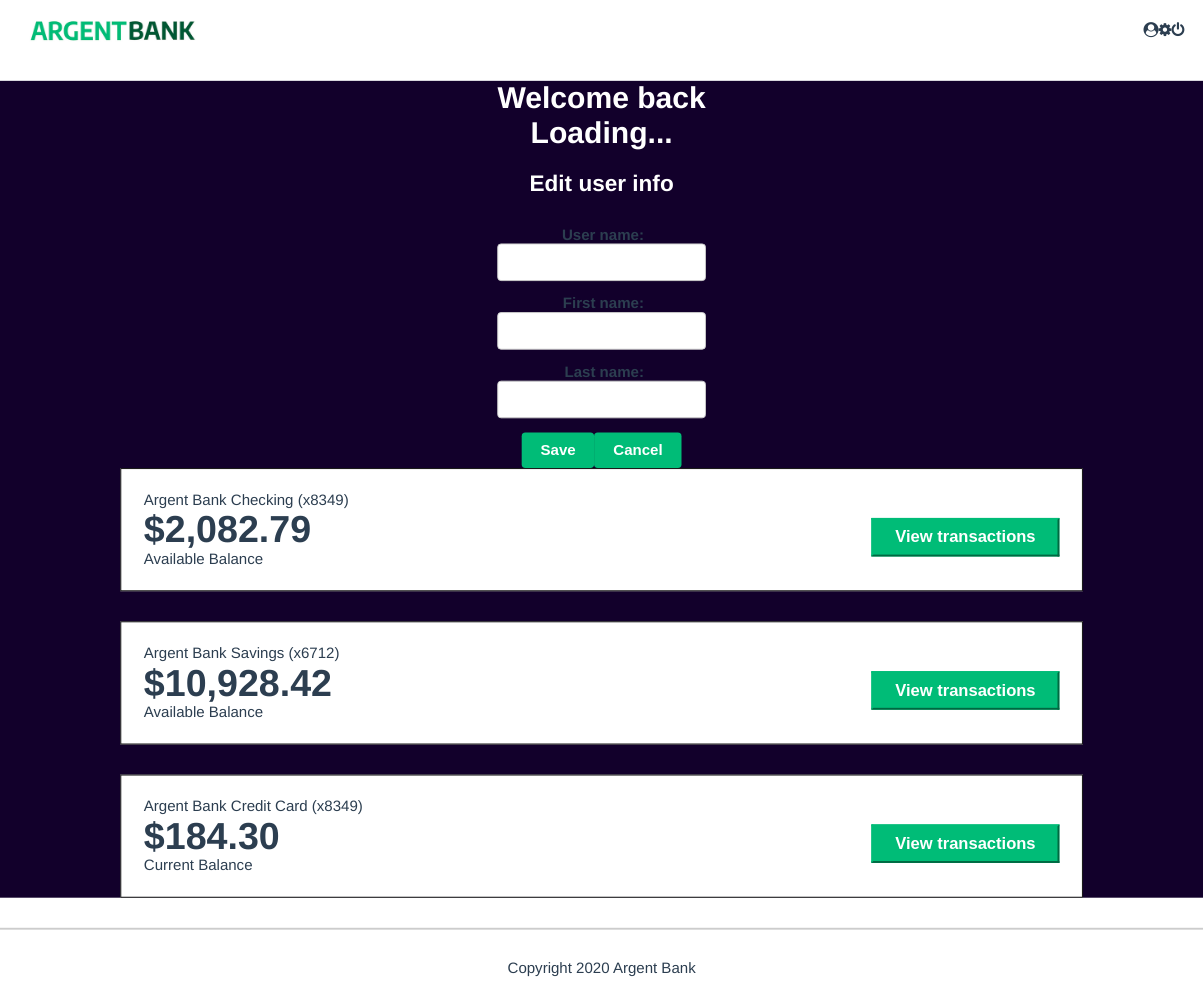
Repository: Dimple3377/ArgentBank-website
Page: /edit-user (app in banking-app/)
An editor plug-in stored every save of this project. The page is shown before and after the next save, followed by the edit.
The browser window is 1280 px wide. The pictures show the whole page, at 94% of full size.
The project was rebuilt for these pictures with package versions that can differ from the ones it lists, and the page was loaded fresh each time. Also part of the build but not shown: banking-app/src/components/Hero.jsx, banking-app/src/components/Feature.jsx, banking-app/src/pages/HomePage.jsx, banking-app/src/components/LoginForm.jsx, banking-app/src/pages/SignInPage.jsx, banking-app/src/pages/UserPage.jsx.

Above is the page before, as saved 2024-05-26 03:36:36.

### banking-app/src/index.jsx
import React from "react";
import ReactDOM from "react-dom/client";
import "./main.css";
import App from "./App";
import { Provider } from "react-redux";
import store from "./store";

const root = ReactDOM.createRoot(document.getElementById("root"));
root.render(
  <React.StrictMode>
    <Provider store={store}>
      <App />
    </Provider>
  </React.StrictMode>
);

### banking-app/src/main.css
html {
  font-family: Avenir, Helvetica, Arial, sans-serif;
  -webkit-font-smoothing: antialiased;
  -moz-osx-font-smoothing: grayscale;
  text-align: center;
  color: #2c3e50;
}

body {
  margin: 0;
  display: flex;
  flex-direction: column;
  min-height: 100vh;
}

.main {
  flex: 1;
}

.bg-dark {
  background-color: #12002b;
}

.sr-only {
  border: 0 !important;
  clip: rect(1px, 1px, 1px, 1px) !important;
  -webkit-clip-path: inset(50%) !important;
  clip-path: inset(50%) !important;
  height: 1px !important;
  margin: -1px !important;
  overflow: hidden !important;
  padding: 0 !important;
  position: absolute !important;
  width: 1px !important;
  white-space: nowrap !important;
}

.main-nav {
  display: flex;
  justify-content: space-between;
  align-items: center;
  padding: 5px 20px;
}

.main-nav a {
  font-weight: bold;
  color: #2c3e50;
}

.main-nav a.router-link-exact-active {
  color: #42b983;
}

.main-nav-item {
  text-decoration: none;
  margin-right: 0.5rem;
}

.main-nav-item:hover {
  text-decoration: underline;
}

.main-nav-logo {
  display: flex;
  align-items: center;
}

.main-nav-logo-image {
  max-width: 100%;
  width: 200px;
}

.hero {
  background-image: url("../src/assets/img/bank-tree.jpeg");
  background-position: 0 -50px;
  background-size: cover;
  background-repeat: no-repeat;
  height: 300px;
  position: relative;
}

.hero-content {
  position: relative;
  top: 2rem;
  width: 200px;
  background: white;
  padding: 2rem;
  text-align: left;
  margin: 0 auto;
}

.hero-content .subtitle {
  font-weight: bold;
  font-size: 1rem;
  margin: 0;
}

.hero-content .text {
  margin-bottom: 0;
  font-size: 0.9rem;
}

@media (min-width: 920px) {
  .hero {
    height: 400px;
    background-position: 0% 33%;
  }

  .hero-content {
    position: absolute;
    top: 50px;
    right: 50px;
    width: 300px;
    margin: 2rem;
  }

  .hero-content .subtitle {
    font-size: 1.5rem;
  }

  .hero-content .text {
    font-size: 1.2rem;
  }
}

.features {
  display: flex;
  flex-direction: column;
}

@media (min-width: 920px) {
  .features {
    flex-direction: row;
  }
}

.feature-icon {
  width: 100px;
  border: 10px solid #00bc77;
  border-radius: 50%;
  padding: 1rem;
}

.feature-item {
  flex: 1;
  padding: 2.5rem;
}

.feature-item-title {
  color: #222;
  font-size: 1.25rem;
  font-weight: bold;
  margin-bottom: 0.5rem;
}

.sign-in-button {
  display: block;
  width: 100%;
  padding: 8px;
  font-size: 1.1rem;
  font-weight: bold;
  margin-top: 1rem;
  border-color: #00bc77;
  background-color: #00bc77;
  color: #fff;
}

.sign-in-content {
  box-sizing: border-box;
  background-color: white;
  width: 300px;
  margin: 0 auto;
  margin-top: 3rem;
  padding: 2rem;
}

.sign-in-icon {
  font-size: 5rem;
}

.input-remember {
  display: flex;
}

.input-remember label {
  margin-left: 0.25rem;
}

.input-wrapper {
  display: flex;
  flex-direction: column;
  text-align: left;
  margin-bottom: 1rem;
}

.input-wrapper label {
  font-weight: bold;
}

.input-wrapper input {
  padding: 5px;
  font-size: 1.2rem;
}

.footer {
  display: flex;
  justify-content: center;
  border-top: 2px solid #ccc;
  padding: 2rem 0 1.5rem;
}

.footer-text {
  margin: 0;
  padding: 0;
}

.account {
  display: flex;
  justify-content: space-between;
  align-items: center;
  border: 1px solid black;
  background-color: #fff;
  width: 80%;
  margin: 0 auto;
  flex-direction: column;
  padding: 1.5rem;
  box-sizing: border-box;
  text-align: left;
  margin-bottom: 2rem;
}

.account-amount {
  margin: 0;
  font-size: 2.5rem;
  font-weight: bold;
}

.account-amount-description {
  margin: 0;
}

.account-title {
  margin: 0;
  padding: 0;
  font-size: 1rem;
  font-weight: normal;
}

.account-content-wrapper {
  width: 100%;
  flex: 1;
}

.edit-button {
  border-color: #00bc77;
  background-color: #00bc77;
  color: #fff;
  font-weight: bold;
  padding: 10px;
}

.header {
  color: #fff;
  margin-bottom: 2rem;
}

.transaction-button {
  display: block;
  width: 100%;
  padding: 8px;
  font-size: 1.1rem;
  font-weight: bold;
  margin-top: 1rem;
  border-color: #00bc77;
  background-color: #00bc77;
  color: #fff;
}

@media (min-width: 720px) {
  .account {
    flex-direction: row;
  }

  .account-content-wrapper.cta {
    flex: 0;
  }

  .transaction-button {
    width: 200px;
  }
}

### banking-app/src/App.jsx
import React from "react";
import { BrowserRouter as Router, Route, Routes } from "react-router-dom";
import HomePage from "./pages/HomePage";
import SignInPage from "./pages/SignInPage";
import UserPage from "./pages/UserPage";
import EditUserPage from "./pages/EditUserPage";
import "./main.css";

function App() {
  return (
    <Router>
      <Routes>
        <Route path="/" element={<HomePage />} />
        <Route path="/sign-in" element={<SignInPage />} />
        <Route path="/user" element={<UserPage />} />
        <Route path="/edit-user" element={<EditUserPage />} />{" "}
        {/* Ajouter la route */}
      </Routes>
    </Router>
  );
}

export default App;

### banking-app/src/store/index.jsx
import { configureStore } from "@reduxjs/toolkit";
import userReducer from "./userSlice";

export const store = configureStore({
  reducer: {
    user: userReducer,
    devTools: process.env.NODE_ENV !== "production",
  },
});

export default store;

### banking-app/src/pages/EditUserPage.jsx
import { useSelector } from "react-redux";
import Header from "../components/Header";
import Footer from "../components/Footer";
import EditNameForm from "../components/EditNameForm";
import "./EditUserPage.css";

const EditUserPage = () => {
  const { user } = useSelector((state) => state.user);

  return (
    <>
      <Header />
      <main className="main bg-dark">
        <div className="header">
          <h1>
            Welcome back
            <br />
            {user ? `${user.firstName} ${user.lastName}!` : "Loading..."}
          </h1>
          <h2>Edit user info</h2>
        </div>
        <EditNameForm />
        <h2 className="sr-only">Accounts</h2>
        <section className="account">
          <div className="account-content-wrapper">
            <h3 className="account-title">Argent Bank Checking (x8349)</h3>
            <p className="account-amount">$2,082.79</p>
            <p className="account-amount-description">Available Balance</p>
          </div>
          <div className="account-content-wrapper cta">
            <button className="transaction-button">View transactions</button>
          </div>
        </section>
        <section className="account">
          <div className="account-content-wrapper">
            <h3 className="account-title">Argent Bank Savings (x6712)</h3>
            <p className="account-amount">$10,928.42</p>
            <p className="account-amount-description">Available Balance</p>
          </div>
          <div className="account-content-wrapper cta">
            <button className="transaction-button">View transactions</button>
          </div>
        </section>
        <section className="account">
          <div className="account-content-wrapper">
            <h3 className="account-title">Argent Bank Credit Card (x8349)</h3>
            <p className="account-amount">$184.30</p>
            <p className="account-amount-description">Current Balance</p>
          </div>
          <div className="account-content-wrapper cta">
            <button className="transaction-button">View transactions</button>
          </div>
        </section>
      </main>
      <Footer />
    </>
  );
};

export default EditUserPage;

### banking-app/src/store/userSlice.jsx
import { createSlice, createAsyncThunk } from "@reduxjs/toolkit";
import axios from "axios";

const initialState = {
  user: null,
  token: null,
  status: "idle",
  error: null,
};

// Thunks
export const loginUser = createAsyncThunk(
  "user/login",
  async (credentials, { dispatch }) => {
    const response = await axios.post(
      "http://localhost:3001/api/v1/user/login",
      credentials
    );
    const token = response.data.body.token;
    // Fetch user profile after login
    const userProfileResponse = await axios.get(
      "http://localhost:3001/api/v1/user/profile",
      {
        headers: {
          Authorization: `Bearer ${token}`,
        },
      }
    );
    return { ...userProfileResponse.data.body, token };
  }
);

export const updateUser = createAsyncThunk(
  "user/update",
  async (userData, { getState }) => {
    const state = getState();
    const token = state.user.token;
    const response = await axios.put(
      "http://localhost:3001/api/v1/user/profile",
      userData,
      {
        headers: {
          Authorization: `Bearer ${token}`,
        },
      }
    );
    return response.data.body;
  }
);

export const fetchUserProfile = createAsyncThunk(
  "user/fetchProfile",
  async (_, { getState }) => {
    const state = getState();
    const token = state.user.token;
    const response = await axios.get(
      "http://localhost:3001/api/v1/user/profile",
      {
        headers: {
          Authorization: `Bearer ${token}`,
        },
      }
    );
    return response.data.body;
  }
);

const userSlice = createSlice({
  name: "user",
  initialState,
  reducers: {
    logout: (state) => {
      state.user = null;
      state.token = null;
      state.status = "idle";
      state.error = null;
    },
  },
  extraReducers: (builder) => {
    builder
      .addCase(loginUser.pending, (state) => {
        state.status = "loading";
      })
      .addCase(loginUser.fulfilled, (state, action) => {
        console.log("Login fulfilled:", action.payload); // Debug
        state.status = "succeeded";
        state.user = action.payload;
        state.token = action.payload.token;
        state.error = null;
      })
      .addCase(loginUser.rejected, (state, action) => {
        state.status = "failed";
        state.error = action.error.message;
      })
      .addCase(updateUser.pending, (state) => {
        state.status = "loading";
      })
      .addCase(updateUser.fulfilled, (state, action) => {
        console.log("Update fulfilled:", action.payload); // Debug
        state.status = "succeeded";
        state.user = { ...state.user, ...action.payload };
        state.error = null;
      })
      .addCase(updateUser.rejected, (state, action) => {
        state.status = "failed";
        state.error = action.error.message;
      })
      .addCase(fetchUserProfile.pending, (state) => {
        state.status = "loading";
      })
      .addCase(fetchUserProfile.fulfilled, (state, action) => {
        console.log("Fetch profile fulfilled:", action.payload); // Debug
        state.status = "succeeded";
        state.user = action.payload;
        state.error = null;
      })
      .addCase(fetchUserProfile.rejected, (state, action) => {
        state.status = "failed";
        state.error = action.error.message;
      });
  },
});

export const { logout } = userSlice.actions;

export default userSlice.reducer;

### banking-app/src/components/Header.jsx
import React from "react";
import { Link, useLocation } from "react-router-dom";
import { useSelector, useDispatch } from "react-redux";
import { logout } from "../store/userSlice";
import logo from "../assets/img/argentBankLogo.png";
import "font-awesome/css/font-awesome.min.css";

const Header = () => {
  const dispatch = useDispatch();
  const { user } = useSelector((state) => state.user);
  const location = useLocation();

  const handleLogout = () => {
    dispatch(logout());
  };

  return (
    <nav className="main-nav">
      <Link className="main-nav-logo" to="/">
        <img
          className="main-nav-logo-image"
          src={logo}
          alt="Argent Bank Logo"
        />
        <h1 className="sr-only">Argent Bank</h1>
      </Link>
      <div>
        {location.pathname === "/edit-user" ? (
          <>
            {/* Ajoutez ici les icônes spécifiques à EditUserPage */}
            <span>{user?.userName}</span>
            <i className="fa fa-user-circle"></i>
            <i className="fa fa-cog"></i>
            <i className="fa fa-power-off" onClick={handleLogout}></i>
          </>
        ) : user ? (
          <>
            <Link className="main-nav-item" to="/user">
              <i className="fa fa-user-circle"></i>
              {user.userName}
            </Link>
            <Link className="main-nav-item" to="/" onClick={handleLogout}>
              <i className="fa fa-sign-out"></i>
              Sign Out
            </Link>
          </>
        ) : (
          <Link className="main-nav-item" to="/sign-in">
            <i className="fa fa-user-circle"></i>
            Sign In
          </Link>
        )}
      </div>
    </nav>
  );
};

export default Header;

### banking-app/src/components/Footer.jsx
import React from "react";

const Footer = () => {
  return (
    <footer className="footer">
      <p className="footer-text">Copyright 2020 Argent Bank</p>
    </footer>
  );
};

export default Footer;

### banking-app/src/components/EditNameForm.jsx
import React, { useState } from "react";
import { useDispatch, useSelector } from "react-redux";
import { updateUser } from "../store/userSlice"; // Importer updateUser

const EditNameForm = () => {
  const dispatch = useDispatch();
  const { user } = useSelector((state) => state.user);

  const [firstName, setFirstName] = useState(user?.firstName || "");
  const [lastName, setLastName] = useState(user?.lastName || "");
  const [userName, setUserName] = useState(user?.userName || "");

  const handleSubmit = (e) => {
    e.preventDefault();
    dispatch(updateUser({ firstName, lastName, userName }));
  };

  return (
    <form onSubmit={handleSubmit} className="edit-name-form">
      <div className="input-wrapper">
        <label htmlFor="userName">User name:</label>
        <input
          type="text"
          id="userName"
          value={userName}
          onChange={(e) => setUserName(e.target.value)}
        />
      </div>
      <div className="input-wrapper">
        <label htmlFor="firstName">First name:</label>
        <input
          type="text"
          id="firstName"
          value={firstName}
          onChange={(e) => setFirstName(e.target.value)}
        />
      </div>
      <div className="input-wrapper">
        <label htmlFor="lastName">Last name:</label>
        <input
          type="text"
          id="lastName"
          value={lastName}
          onChange={(e) => setLastName(e.target.value)}
        />
      </div>
      <button type="submit" className="edit-button">
        Save
      </button>
      <button
        type="button"
        className="edit-button"
        onClick={() => window.history.back()}
      >
        Cancel
      </button>
    </form>
  );
};

export default EditNameForm;

### banking-app/src/pages/EditUserPage.css
.edit-user-main {
  display: flex;
  flex-direction: column;
  align-items: center;
  padding: 20px;
}

.edit-user-header {
  text-align: center;
  margin-bottom: 20px;
}

.input-wrapper {
  margin-bottom: 15px;
  display: flex;
  align-items: center;
}

.input-wrapper label {
  margin-right: 10px;
  width: 100px; /* Adjust width to align properly */
  text-align: right;
  font-size: 16px;
  font-weight: bold;
}

.input-wrapper input {
  width: 200px; /* Fixed width for input fields */
  padding: 10px;
  font-size: 16px;
  border: 1px solid #ccc;
  border-radius: 4px;
}

.form-buttons {
  display: flex;
  justify-content: space-between;
  width: 100%;
  max-width: 320px;
  margin-top: 20px;
}

.edit-button {
  padding: 10px 20px;
  font-size: 16px;
  background-color: #00bc77;
  color: white;
  border: none;
  border-radius: 4px;
  cursor: pointer;
}

.edit-button:hover {
  background-color: #00a566;
}

Loaded but not shown: banking-app/public/index.html (common file)

After the next save:
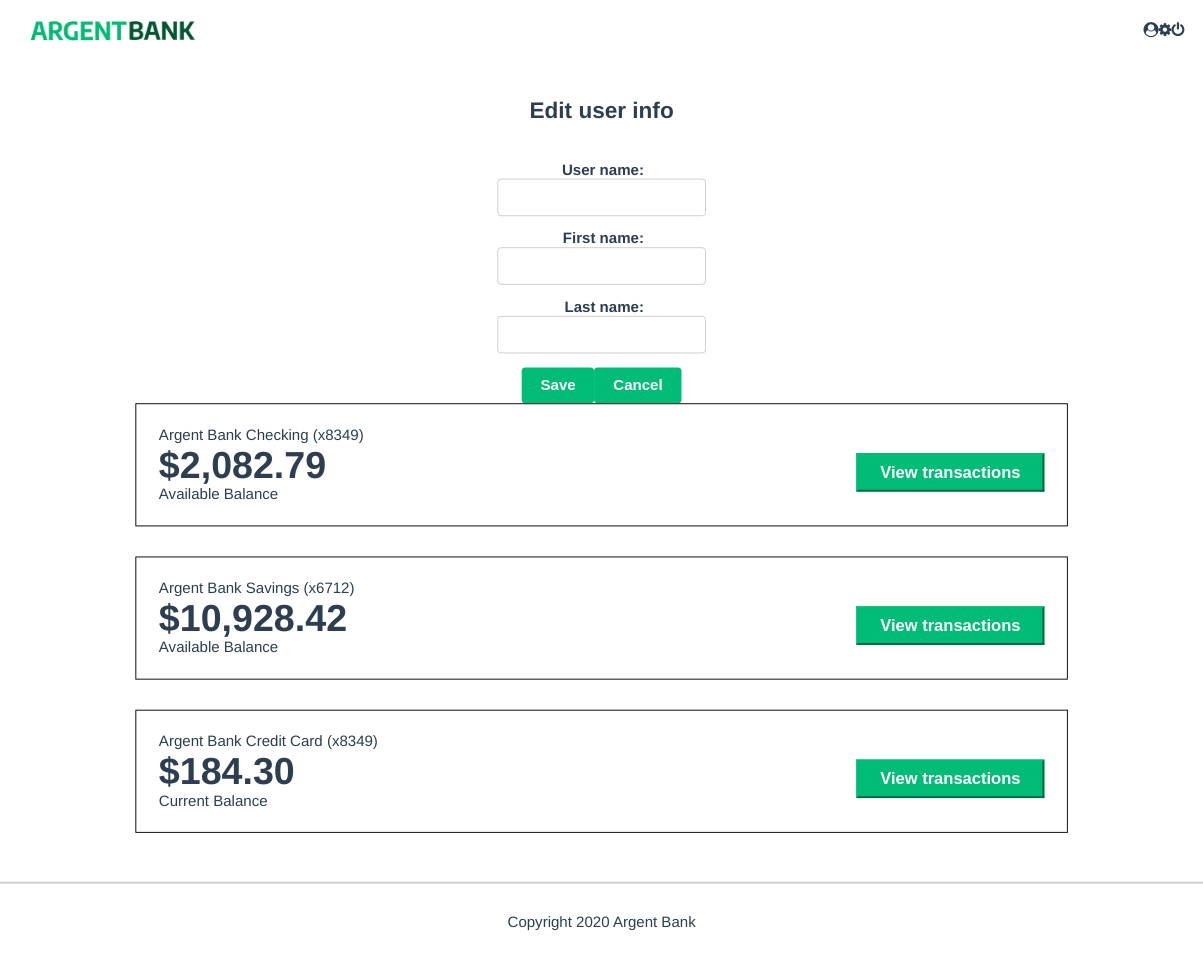
Saved 26 s later.
--- a/banking-app/src/pages/EditUserPage.jsx
+++ b/banking-app/src/pages/EditUserPage.jsx
@@ -1,22 +1,15 @@
-import { useSelector } from "react-redux";
+import React from "react";
 import Header from "../components/Header";
 import Footer from "../components/Footer";
 import EditNameForm from "../components/EditNameForm";
 import "./EditUserPage.css";
 
 const EditUserPage = () => {
-  const { user } = useSelector((state) => state.user);
-
   return (
     <>
       <Header />
-      <main className="main bg-dark">
-        <div className="header">
-          <h1>
-            Welcome back
-            <br />
-            {user ? `${user.firstName} ${user.lastName}!` : "Loading..."}
-          </h1>
+      <main className="edit-user-main">
+        <div className="edit-user-header">
           <h2>Edit user info</h2>
         </div>
         <EditNameForm />
